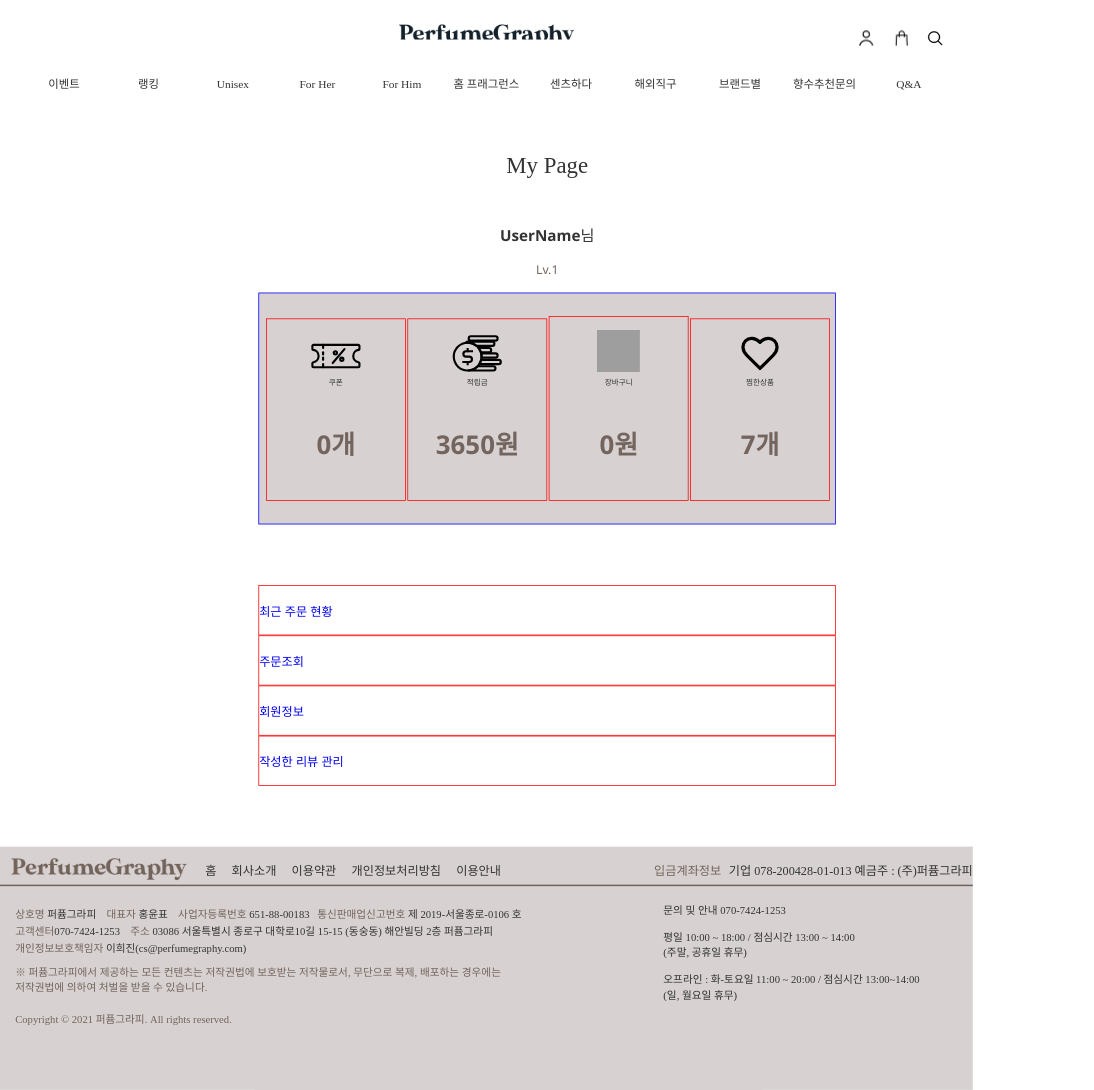
Repository: mingdue03/perfumegraphy
Page: myPage.html
These files come from the project's save history. The page is drawn as it stood at one moment and after the next save; the edit follows.
The browser window is 1280 px wide. The page is 1440 px wide, so the pictures cover 1440 px, including what lies to the right of the window. The pictures show the whole page, at 76% of full size.
Pictures or frames that could not be fetched are drawn as grey boxes.

Above is the page before, as saved 2021-08-27 15:07:19.

After the next save:
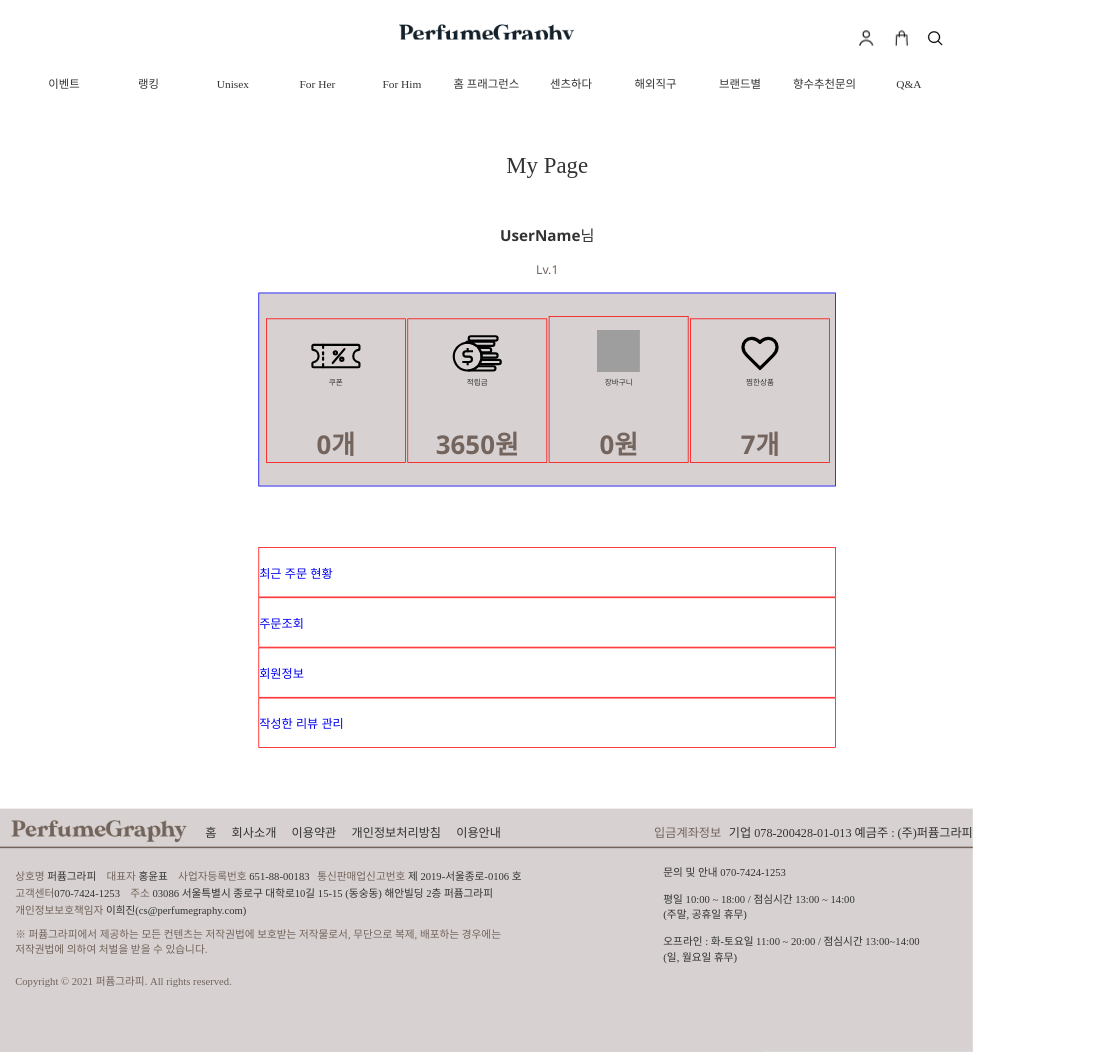
Saved 14 s later.
--- a/css/mypage.css
+++ b/css/mypage.css
@@ -85,7 +85,7 @@
   display: block;
   font-size:34px;
   font-weight:bold;
-  margin: 50px auto;
+  margin-top: 50px;
   color:#73645D;
 }
 
